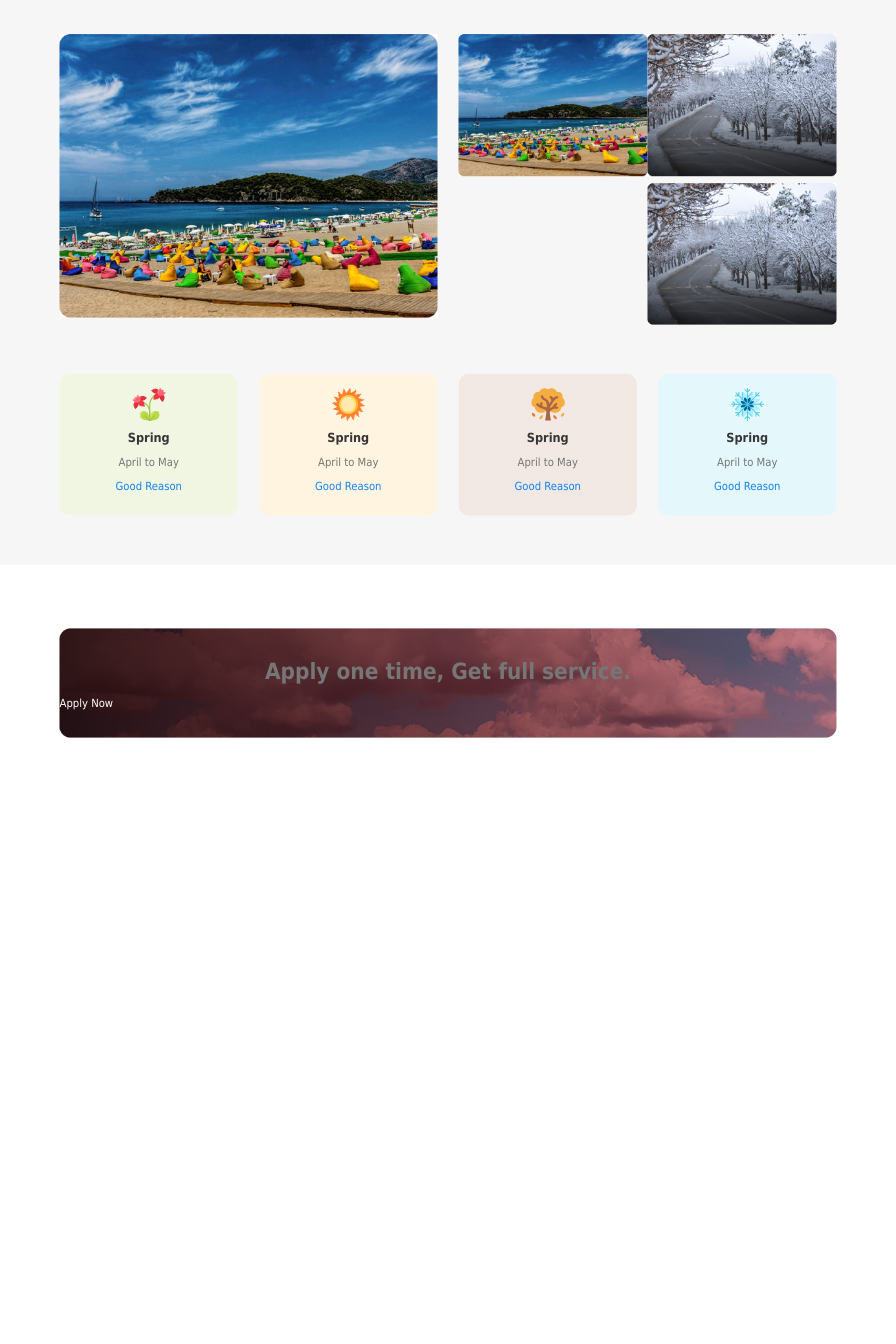
Repository: cvminhquan/turkey
Page: index.html
The author's editor kept a copy of each file at every save. The page is drawn from the files as they stood at one save, then again after the next save.
The browser window is 1280 px wide. The pictures show the part of the page from y = 3004 to 4924 px (the page is 30000 px tall), at 70% of full size.
The style sheet was rebuilt from its Sass, Less or Tailwind sources for each picture, by a compiler version that may differ from the author's.

Above is the page before, as saved 2022-09-15 22:59:24.

After the next save:
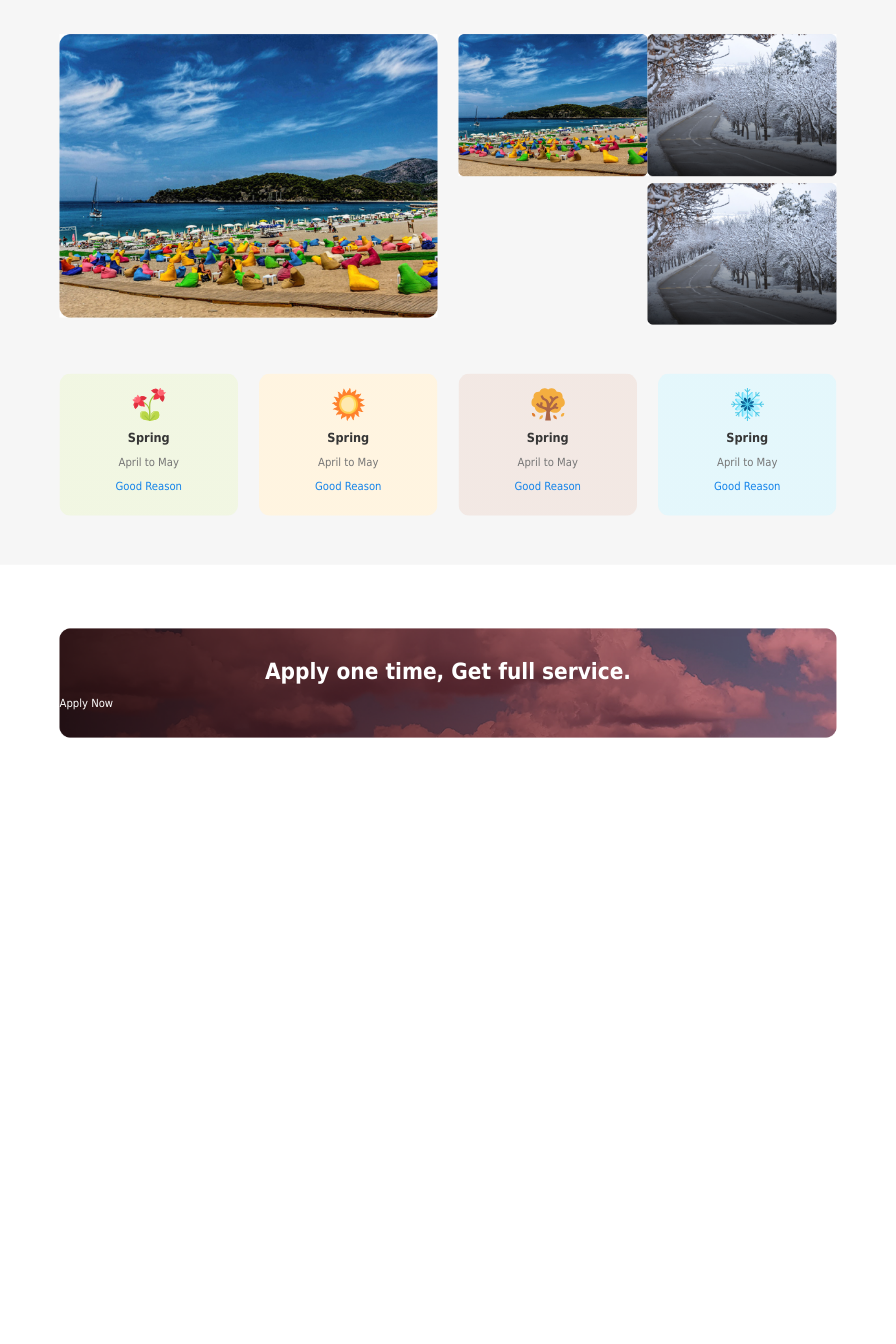
Saved 45 s later.
--- a/scss/main.scss
+++ b/scss/main.scss
@@ -221,6 +221,7 @@ header {}
     background-size: 100%;
     object-fit: cover;
     .ad-infor-title {
+        color: #FFFFFF;
         font-size: 32px;
         font-weight: $font-bolder;
     }
